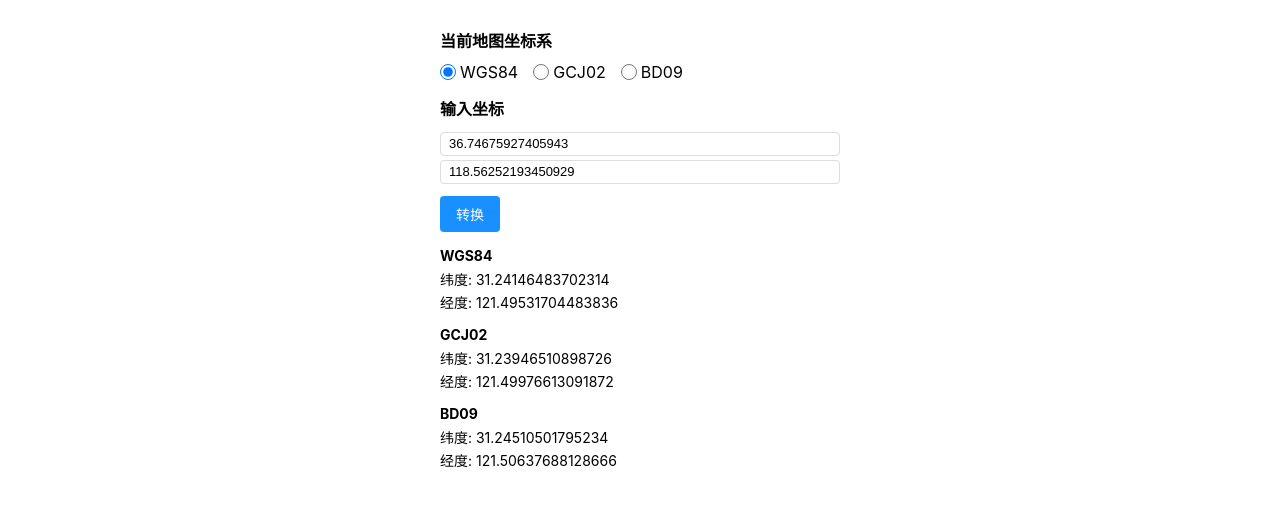
Repository: 1242128273wangpeng/MapTransformTools
Page: popup.html
An editor plug-in stored every save of this project. The page is shown before and after a run of saves, followed by the edit.
The browser window is 1280 px wide. The pictures show the whole page.

Above is the page before, as saved 2025-01-19 15:05:36.

After the next 2 saves:
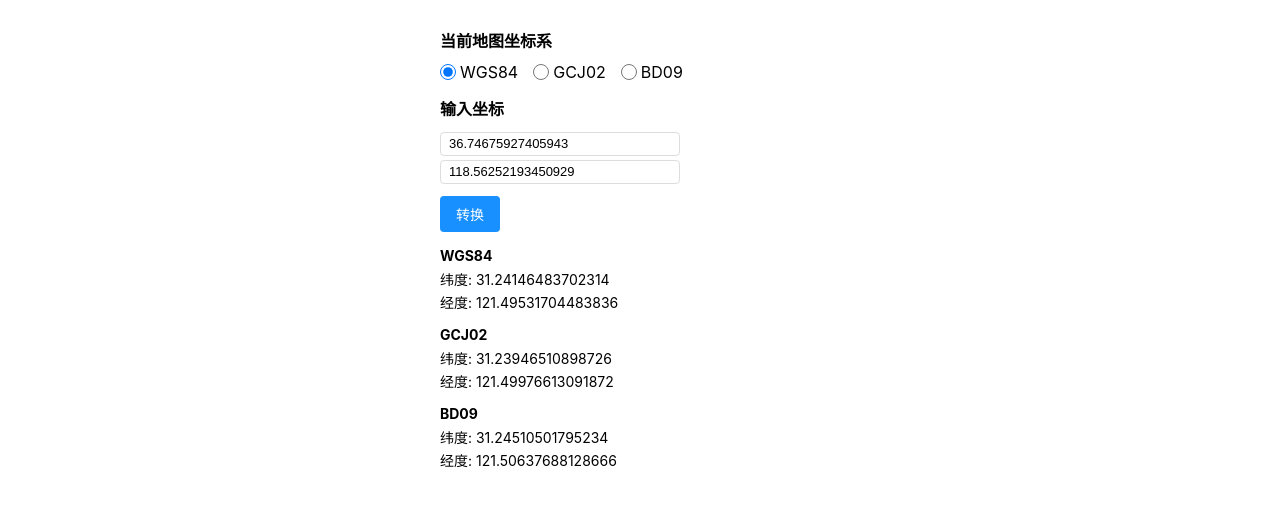
The 2 saves are shown as one change because they came seconds apart.
The last was saved 16 s later.
--- a/popup.html
+++ b/popup.html
@@ -21,7 +21,7 @@
       }
 
       .coordinate-input {
-        width: 100%;  /* 移除了calc计算，使用完整宽度 */
+        width: 60%;  /* 移除了calc计算，使用完整宽度 */
         padding: 4px 8px;
         margin: 2px 0;
         border: 1px solid #ddd;
